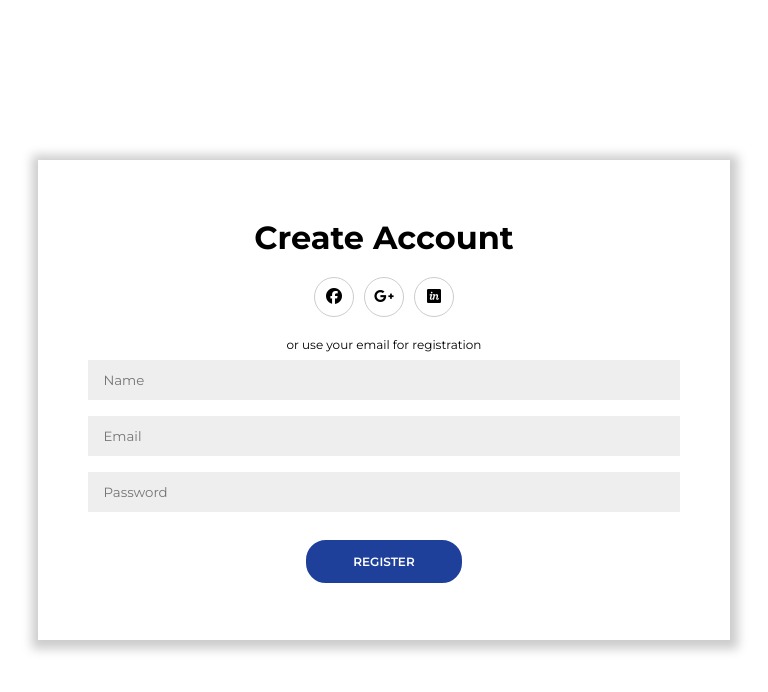
Repository: levananh202ht/Shoes-Store
Page: FondEnd/Styles/Register.html
An editor plug-in stored every save of this project. The page is shown before and after the next save, followed by the edit.
The browser window is 768 px wide. The pictures show the whole page.

Above is the page before, as saved 2023-12-23 21:18:43.

After the next save:
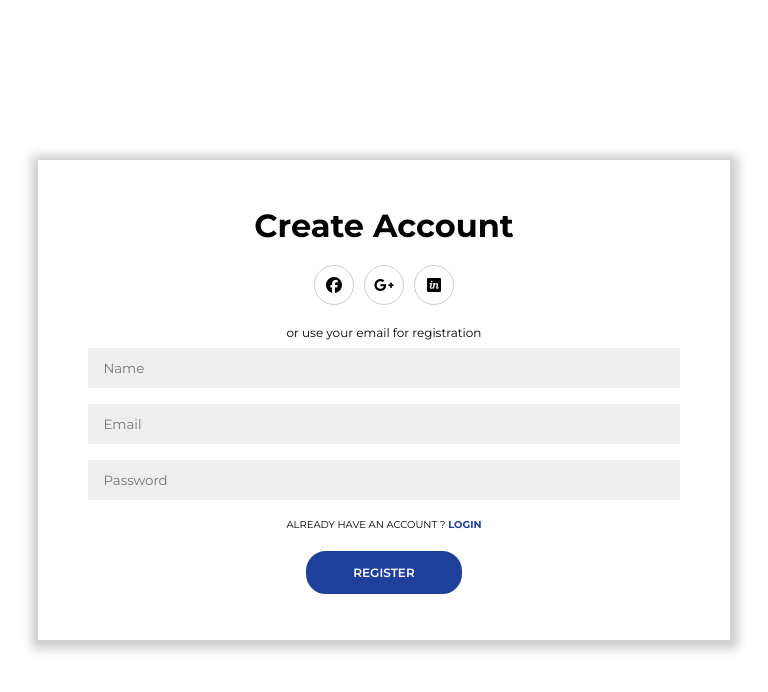
Saved 79 s later.
--- a/FondEnd/css/Register.css
+++ b/FondEnd/css/Register.css
@@ -139,6 +139,7 @@ body{
     .container .container_from {
         width: 100%;
     }
+    .container .container_from .container_from-title2,
     .container .container_from .container_from-title2  a {
         display: inline;
     }
